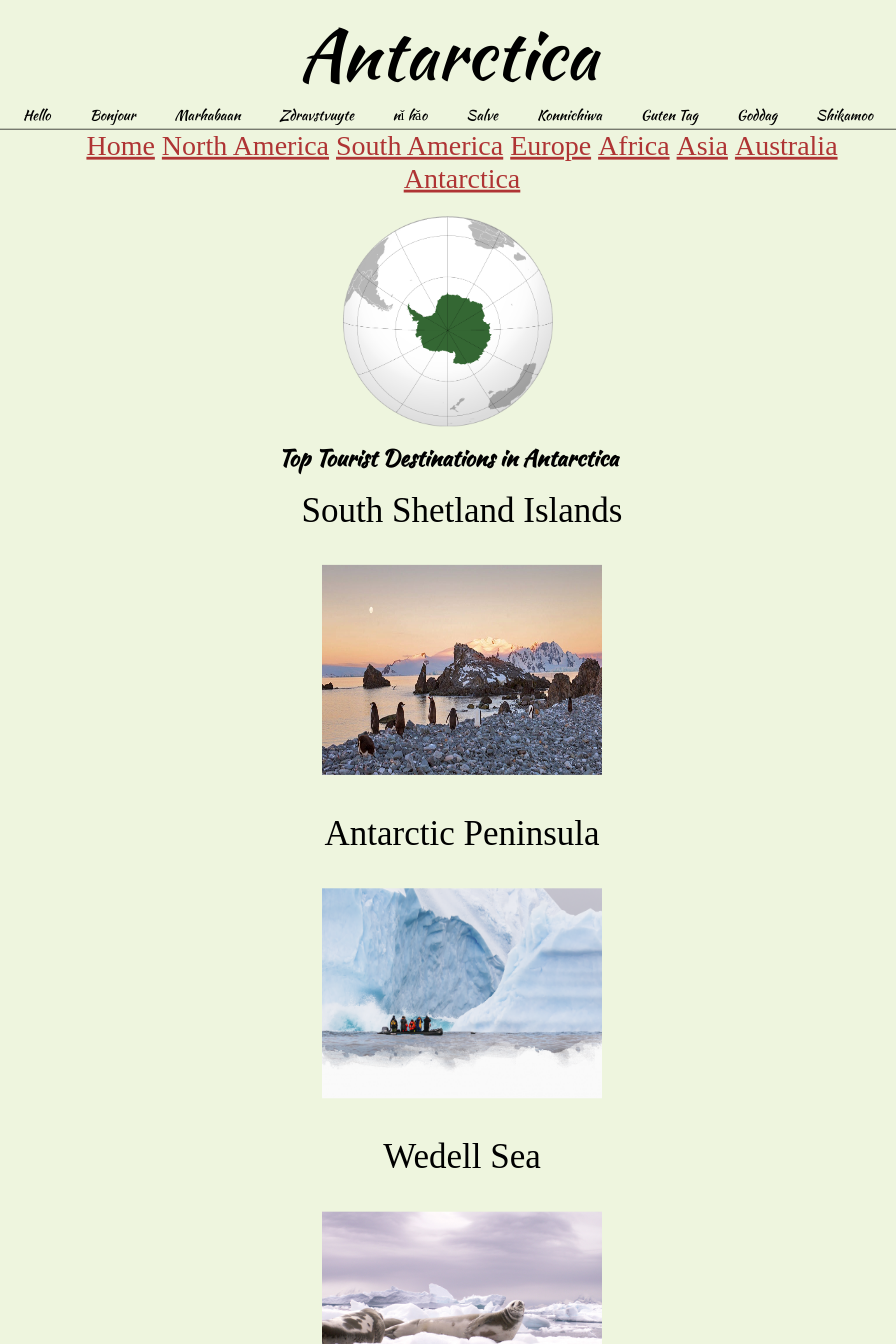
Repository: alharama/StaticWebsite
Page: ant_page.html
An editor plug-in stored every save of this project. The page is shown before and after the next save, followed by the edit.
The browser window is 1280 px wide. The pictures show the part of the page from y = 0 to 1920 px (the page is 3183 px tall before and 3201 px after), at 70% of full size.

Above is the page before, as saved 2021-09-29 22:51:50.

### ant_page.html
<!DOCTYPE html>
<html>
<head>

    <title> Antarctica </title>

    <style>

        @import url('https://fonts.googleapis.com/css2?family=Kaushan+Script&display=swap');

        header {
            text-align: center;
            padding: 5px;
            font-family: 'Kaushan Script', cursive;
            font-size: 100px;
            border-bottom: 1px solid;

        }

        body{
            background: rgb(238, 245, 222);
            margin: 0px;
        }

        .top_nav {
            width: 100%;
            font-size: 40px;
            text-align: center;
            color: red;

        }

        .top_nav ul {
            margin: 0px;
            color: blue;
        }

        .top_nav li {
            display: inline-block;

        }

        .top_nav a {
            text-decoration:underline;
            color: rgb(175, 52, 52);

        }

        .top_nav a:hover {
            background-color: lightgray;
        }


        #languages{

            display: flex;
            font-size: 20px;
            justify-content:space-around;
        }

        #ant {
            display: block;
            margin-left: auto;
            margin-right: auto;
            margin-top: 30px;
            width: auto;
            height: 300px;

        }

        h1 {
            text-align: center;
            font-family: 'Kaushan Script', cursive;
        }

        .tourist_spots {
            text-align: center;
        }
        .tourist_spots li {
            list-style: none;
            text-align: center;
            font-size: 50px;

        }


        #dest {
            width: 400px;
            height: 300px;
            padding: 50px;
        }



    </style>

</head>

    <header>
        Antarctica


        <div id="languages">
            <span>Hello</span>
            <span>Bonjour</span>
            <span>Marhabaan</span>
            <span>Zdravstvuyte</span>
            <span>nǐ hǎo</span>
            <span>Salve</span>
            <span>Konnichiwa</span>
            <span>Guten Tag</span>
            <span>Goddag</span>
            <span>Shikamoo</span>
        </div>
    </header>

    <body>

        <nav class="top_nav">
            <ul id="top_nav">
                <li><a href="/index.html">Home</a></li>
                <li><a href="/na_page.html">North America</a></li>
                <li><a href="/sa_page.html">South America</a></li>
                <li><a href="/eu_page.html">Europe</a></li>
                <li><a href="/af_page.html">Africa</a></li>
                <li><a href="/as_page.html">Asia</a></li>
                <li><a href="/au_page.html">Australia</a></li>
                <li><a href="/ant_page.html">Antarctica</a></li>
            </ul>
        </nav>


        <img id="ant" src="images/Antarctica.png" alt="Antarctica">
        <h1> Top Tourist Destinations in Antarctica</h1>


        <ul class = "tourist_spots">
            <li> South Shetland Islands </li>

            <span><img id="dest" src="images/Shetland.jpeg" alt="Shetland Islands">  </span>
            <li> Antarctic Peninsula </li>
            <span><img id = "dest" src="images/Peninsula.png" alt="Antarctic Peninsula">  </span>
            <li> Wedell Sea</li>
            <span><img id = "dest" src="images/Wedell.jpeg" alt = "Wedell Sea">  </span>
            <li> Elephant Island</li>
            <span><img id = "dest" src="images/ElephantIsland.jpeg" alt="Elephant Island">  </span>
            <li> Deception Island</li>
            <span><img id="dest" src="images/Deception.jpeg" alt="Deception Island">  </span>

        </ul>

    </body>


    <footer>

        References:

        <ol>
            <li>https://www.theantarcticaspecialists.com/where-to-go/south-shetland-islands</li>
            <li>https://oceanwide-expeditions.com/antarctica/antarctic-peninsula</li>
            <li>https://www.britannica.com/place/Weddell-Sea</li>
            <li>https://www.hurtigruten.com/destinations/antarctica/inspiration/attractions/elephant-island-facts/</li>
            <li>https://www.beautifulworld.com/antarctica/deception-island/</li>
            <li>https://www.travelagewest.com/Travel/Adventure-Travel/3-of-the-Best-Places-to-Visit-in-Antarctica</li>
        </ol>

    </footer>

</html>

### StyleSheet.css

 h1 {
    text-align: center;
    font-family: 'Kaushan Script', cursive;
}

.tourist_spots {
    text-align: center;
}
.tourist_spots li {
    list-style: none;
    text-align: center;
    font-size: 50px;

}


#dest {
    width: 400px;
    height: 300px;
    padding: 50px;
}

#other_dest_header {
    font-size: 50px;
}
.extra_destinations li{
    font-size: 20px;
}

After the next save:
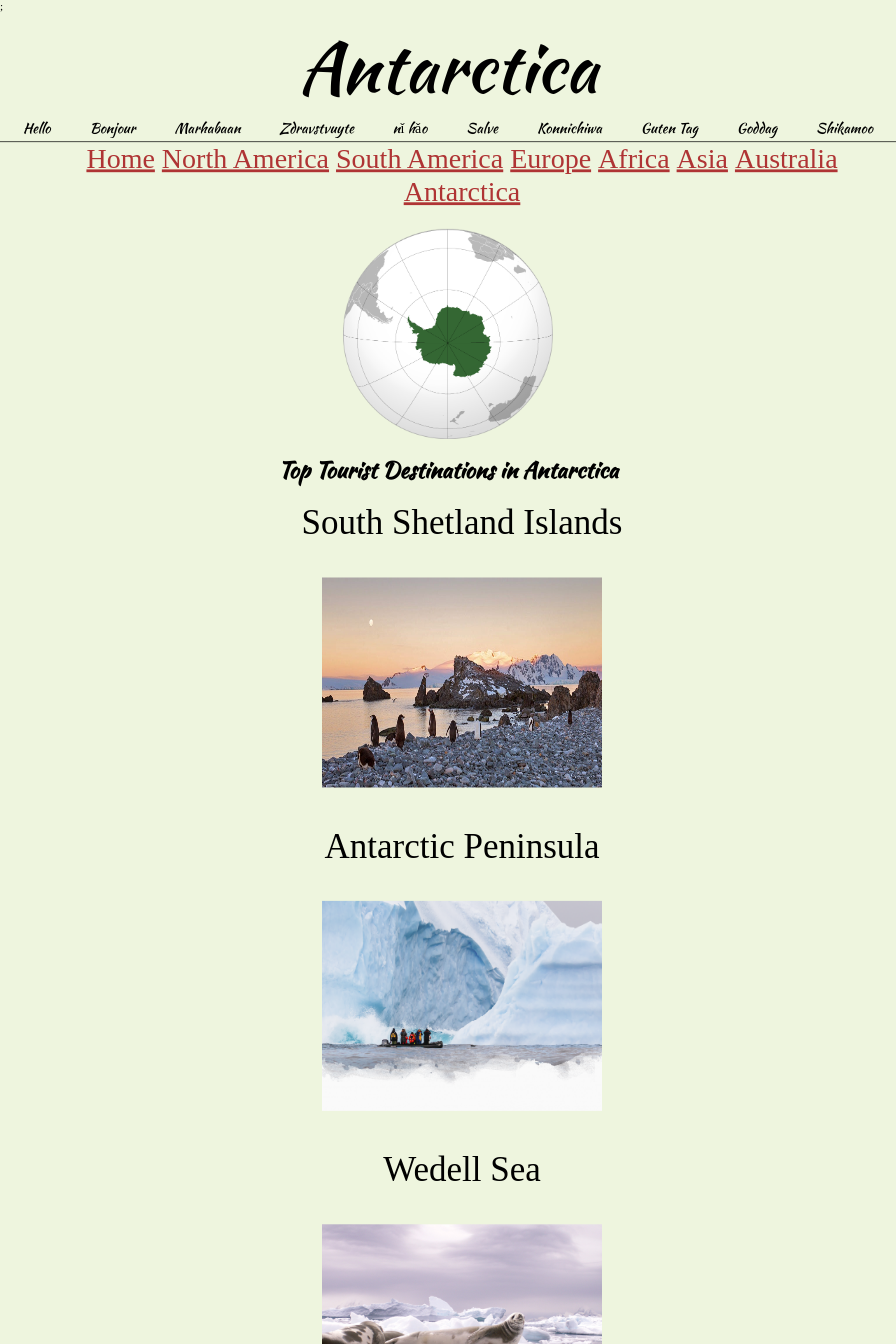
Saved 31 s later.
--- a/ant_page.html
+++ b/ant_page.html
@@ -1,6 +1,8 @@
 <!DOCTYPE html>
 <html>
 <head>
+
+    <link rel = "stylesheet" type="text/css" href="StyleSheet.css">;
 
     <title> Antarctica </title>
 
@@ -67,31 +69,6 @@
             height: 300px;
 
         }
-
-        h1 {
-            text-align: center;
-            font-family: 'Kaushan Script', cursive;
-        }
-
-        .tourist_spots {
-            text-align: center;
-        }
-        .tourist_spots li {
-            list-style: none;
-            text-align: center;
-            font-size: 50px;
-
-        }
-
-
-        #dest {
-            width: 400px;
-            height: 300px;
-            padding: 50px;
-        }
-
-
-
     </style>
 
 </head>
